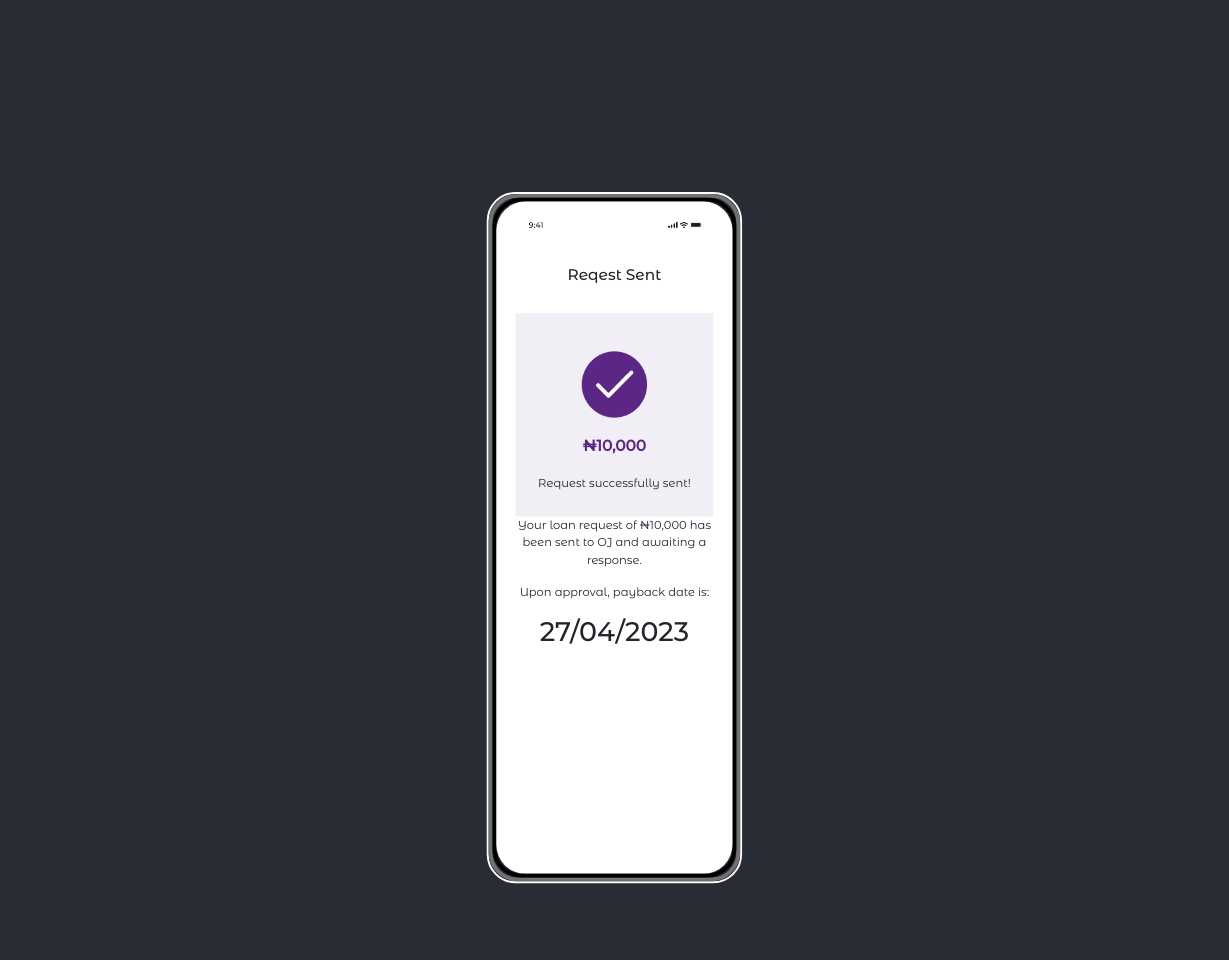
Repository: sarahnnanyelugo/fcmb-hackathon
Page: /success-page
An editor plug-in stored every save of this project. The page is shown before and after the next save, followed by the edit.
The browser window is 1280 px wide. The pictures show the whole page, at 96% of full size.
The project was rebuilt for these pictures with package versions that can differ from the ones it lists, and the page was loaded fresh each time. Also part of the build but not shown: src/Pages/Home.js, src/components/AccList.js, src/TestData.js/AccList.js, src/components/Beneficiaries.js, src/components/VerificationCodeInput/code-input.scss, src/components/VerificationCodeInput/VerifyCode.js, src/components/Loader.js, src/components/PasswordInput.js and 1 more.

Above is the page before, as saved 2023-10-29 11:57:17.

After the next save:
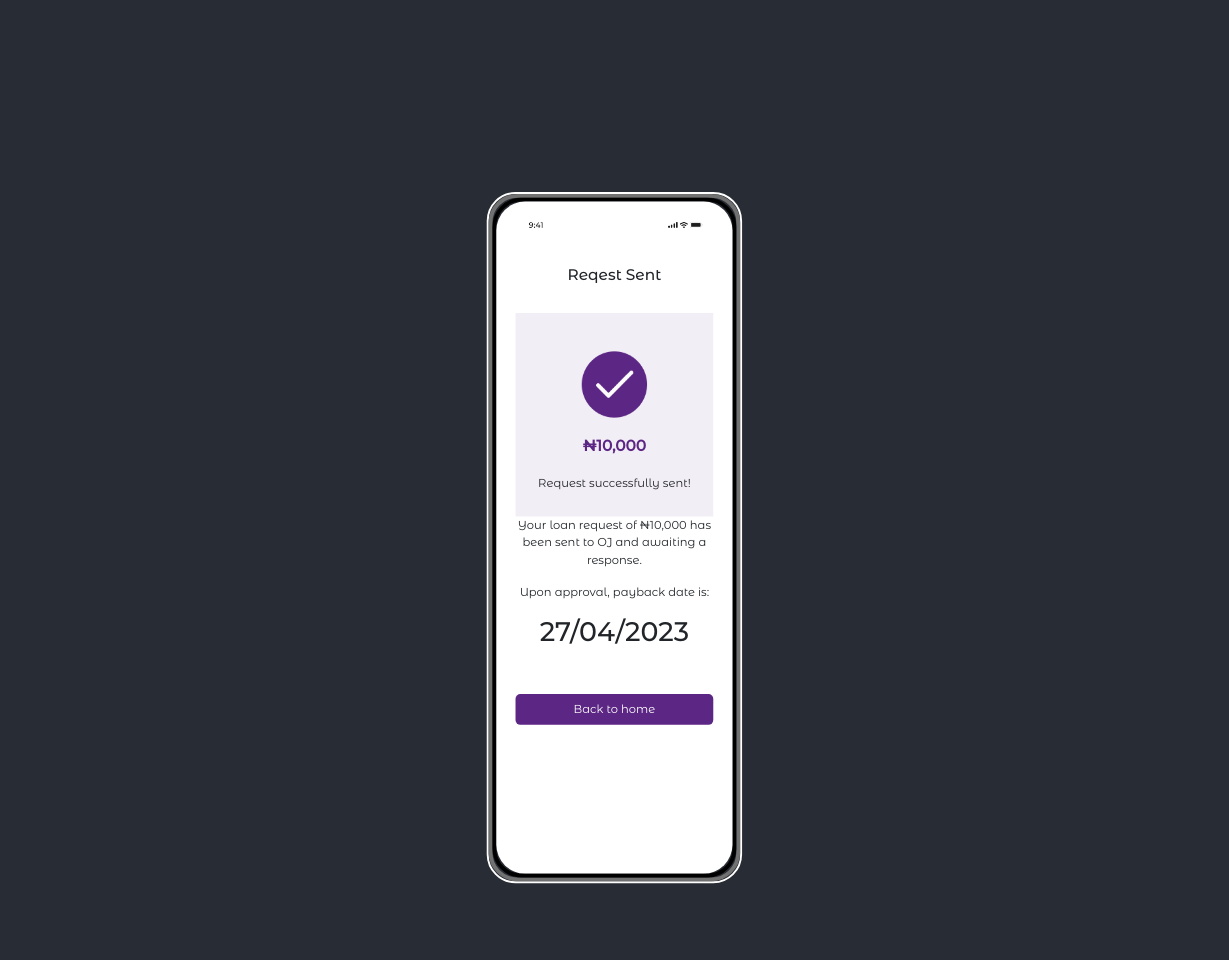
Saved 63 s later.
--- a/src/Pages/SuccessPage.js
+++ b/src/Pages/SuccessPage.js
@@ -3,6 +3,7 @@ import Top from "../assets/images/top.png";
 import Tick from "../assets/images/tick.png";
 
 import "./style.scss";
+import { Link } from "react-router-dom";
 export const SuccessPage = () => {
   return (
     <>
@@ -35,6 +36,10 @@ export const SuccessPage = () => {
                       </p>
                       <p>Upon approval, payback date is:</p>
                       <h3>27/04/2023</h3>
+                      <Link to={"/"}>
+                        {" "}
+                        <button className="confirm-btn">Back to home</button>
+                      </Link>
                     </div>
                   </div>
                 </div>
